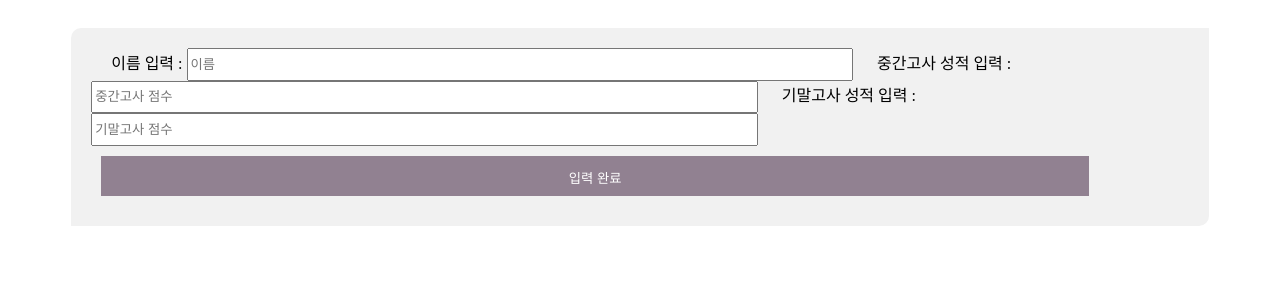
Repository: go-soojin/JAVA
Page: http://localhost/Project0521/insert
These files come from the project's save history. The page is drawn as it stood at one moment and after the next save; the edit follows.
The browser window is 1280 px wide. The pictures show the whole page.
The page is served by Tomcat 9.

Above is the page before, as saved 2021-05-21 02:14:22.

After the next save:
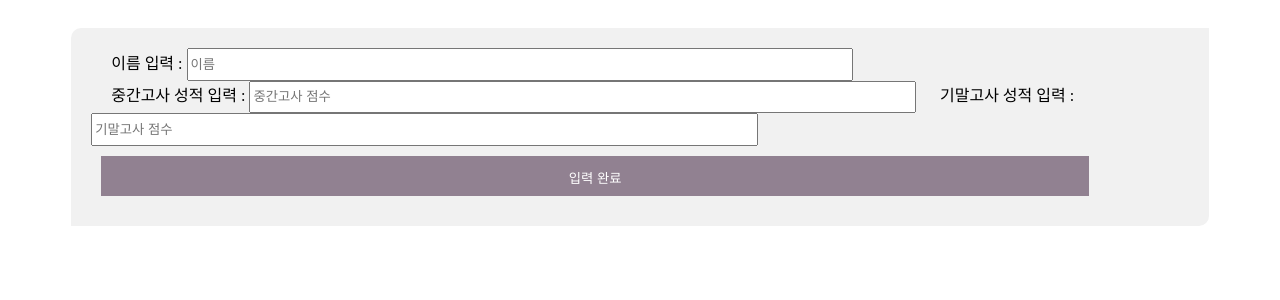
Saved 79 s later.
--- a/Project0521/src/main/webapp/WEB-INF/views/insert.jsp
+++ b/Project0521/src/main/webapp/WEB-INF/views/insert.jsp
@@ -14,7 +14,7 @@
       <form action="insert_action">
         <label> 이름 입력 :
         <input type="text" name="student_name" placeholder="이름" />
-        </label>
+        </label><br />
         <label> 중간고사 성적 입력 :
         <input type="number" name="middlescore" placeholder="중간고사 점수" />
         </label>
